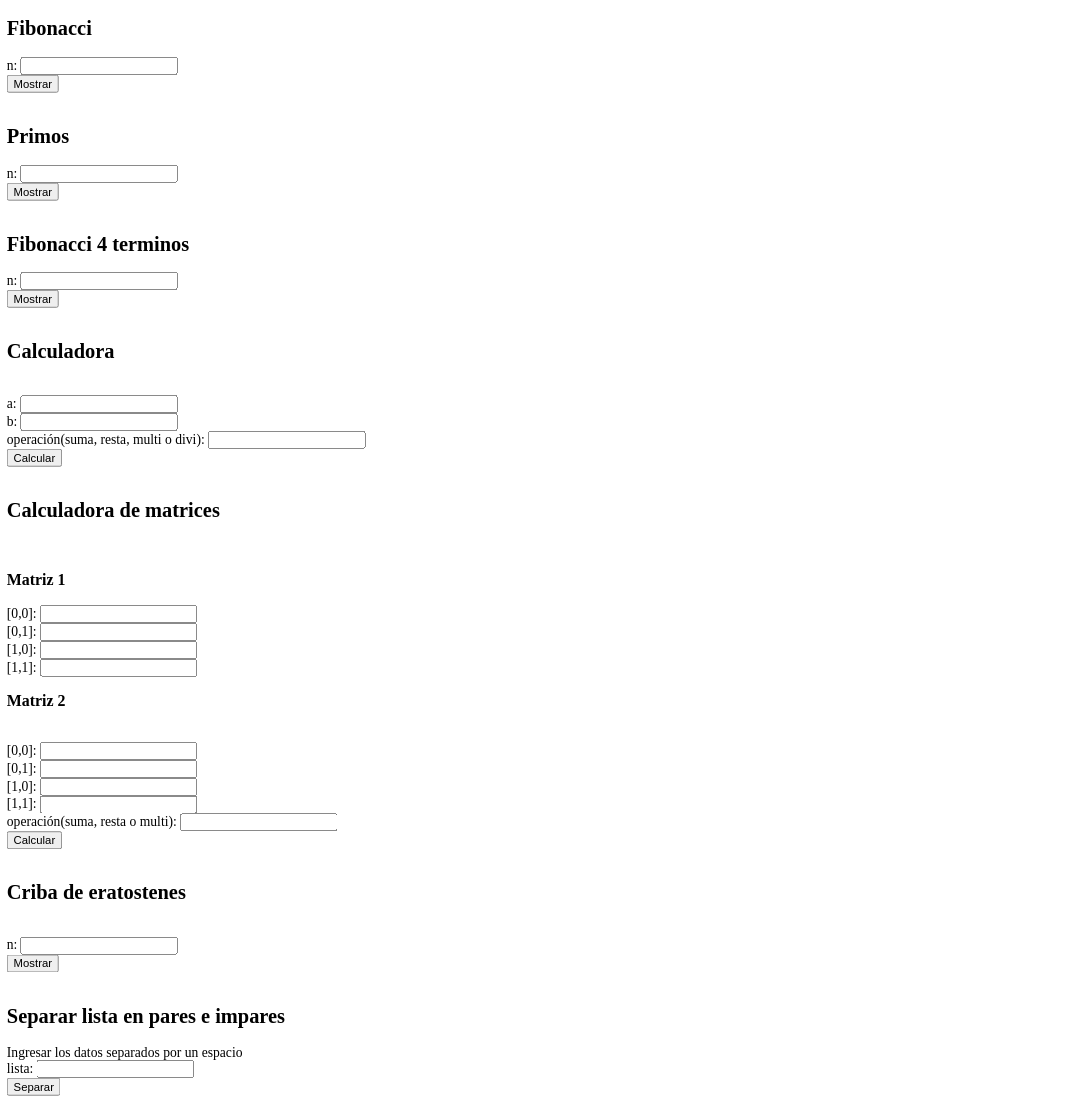
Repository: aldar1/Examen-Final-INF319
Page: http://localhost/test1/proyecto.jsp
These files come from the project's save history. The page is drawn as it stood at one moment and after the next save; the edit follows.
The browser window is 1280 px wide. The pictures show the whole page, at 85% of full size.
The page is served by Tomcat 9.

Above is the page before, as saved 2021-12-15 09:29:42.

After the next save:
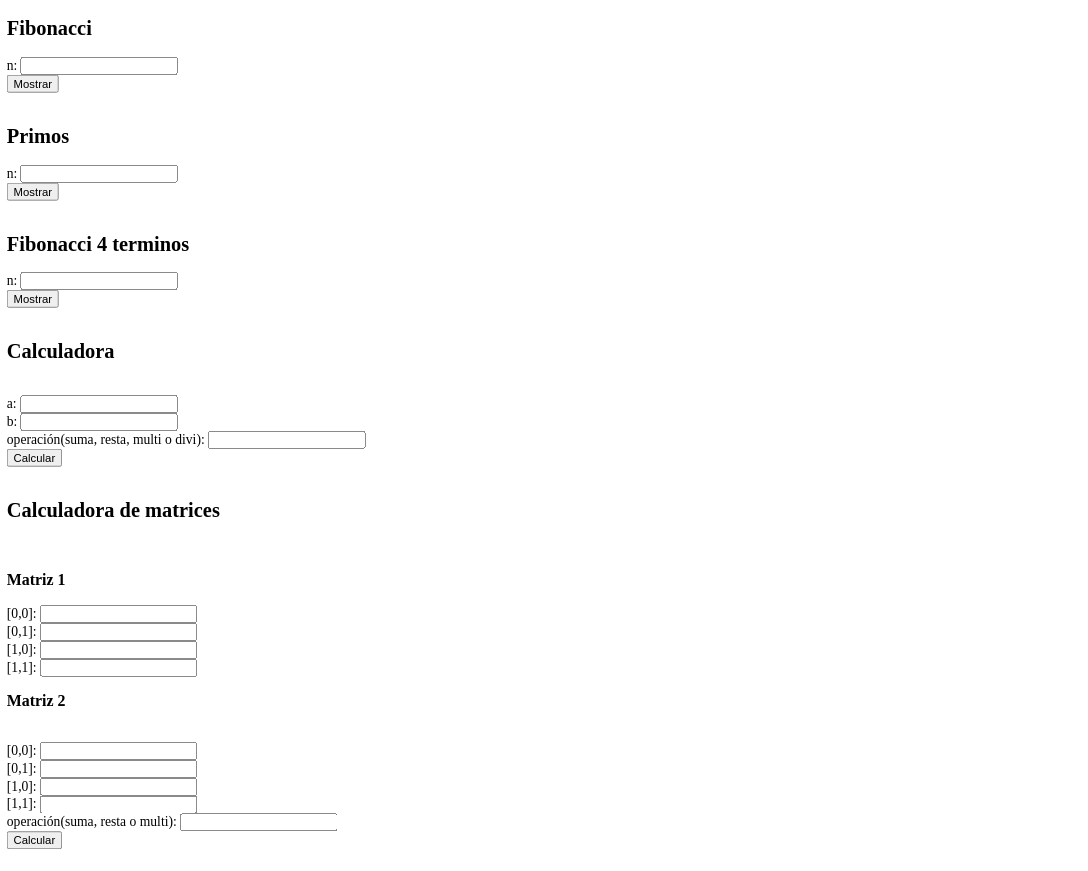
Saved 37 s later.
--- a/Java/test1/src/main/webapp/proyecto.jsp
+++ b/Java/test1/src/main/webapp/proyecto.jsp
@@ -75,24 +75,8 @@
 
 
 <br>
-<h2>Criba de eratostenes</h2>
-<br>
 
-<form action = "resultado.jsp" method = "GET">
-	n: <input type = "number" name = "n_criba">
-    <br />
-    <input type = "submit" value = "Mostrar" />
-</form>
 
-<br>
-<h2>Separar lista en pares e impares</h2>
-Ingresar los datos separados por un espacio
-<form action = "resultado.jsp" method = "GET">
-	lista: <input type = "text" name = "lista">
-    <br />
-    <input type = "submit" value = "Separar" />
-</form>
-<br>
 
 </body>
 </html>
